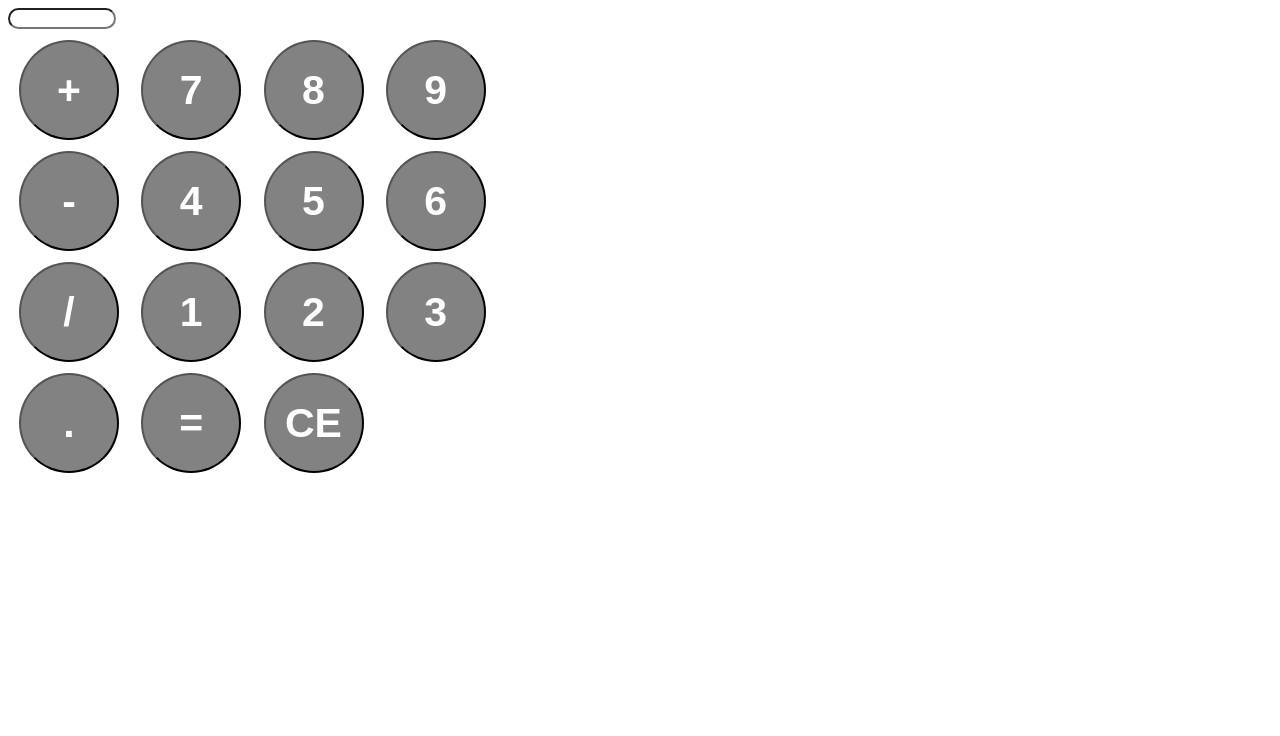
Repository: rkrukshan/JS-Calculator
Page: index.html
The author's editor kept a copy of each file at every save. The page is drawn from the files as they stood at one save, then again after the next save.
The browser window is 1280 px wide. The pictures show the whole page.

Above is the page before, as saved 2024-09-02 13:32:45.

After the next save:
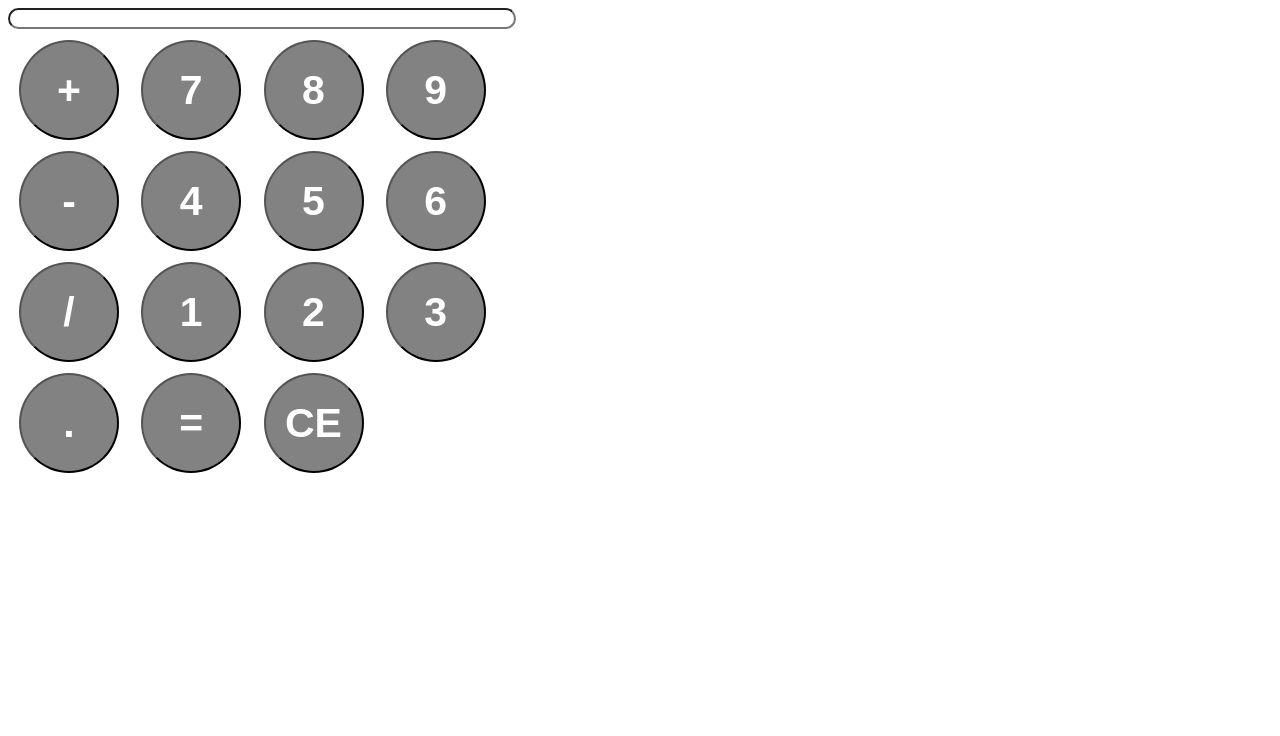
Saved 16 s later.
--- a/style.css
+++ b/style.css
@@ -7,7 +7,7 @@
   max-width: 500px;
 }
 #screen {
-  width: 100px;
+  width: 100%;
   color: white;
   border-radius: 15px;
 }
